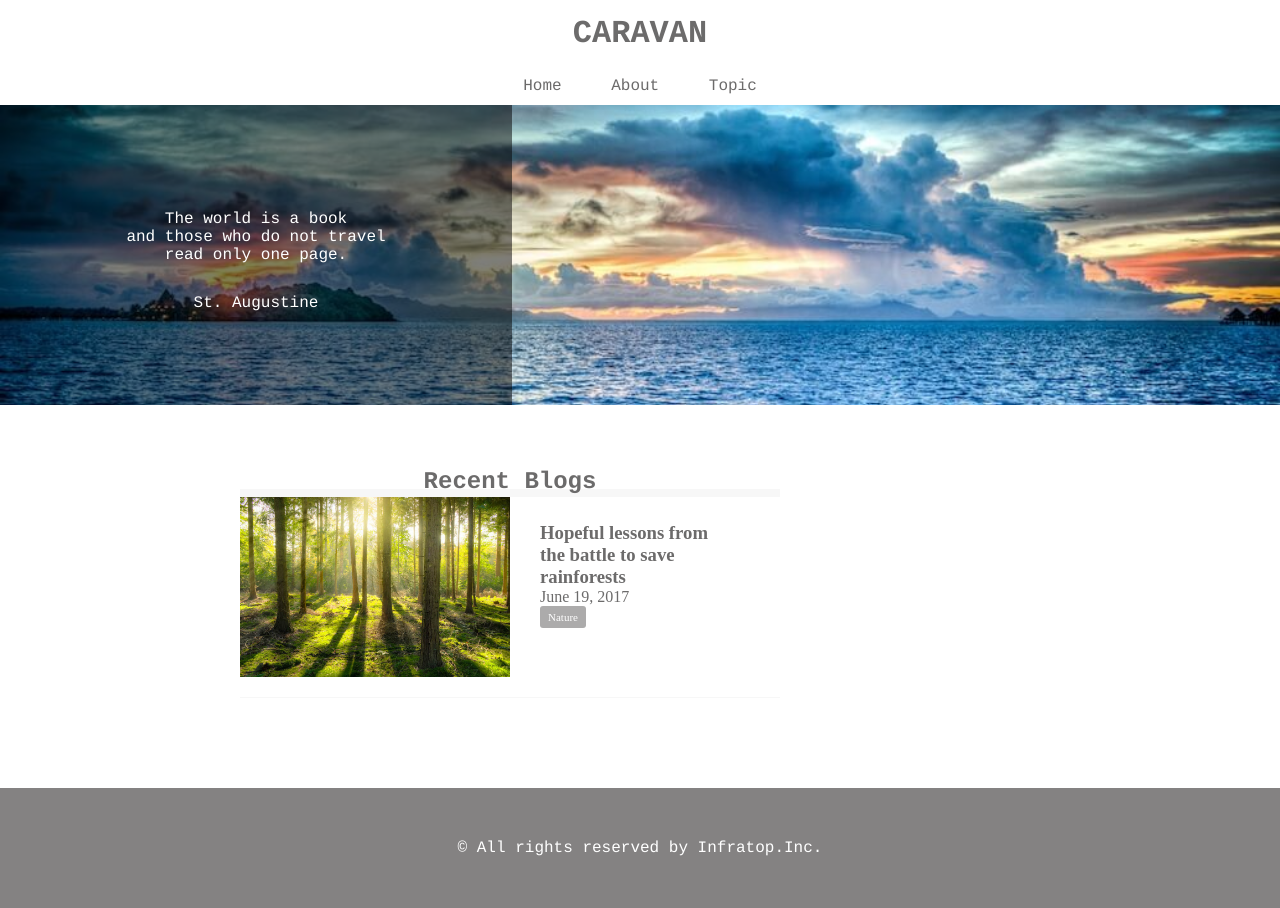
Repository: KoPiyt/Infratop-01
Page: caravan/index.html
The author's editor kept a record of every edit. The page is drawn from the files as they stood at one moment, then again after the next edit.
The browser window is 1280 px wide. The pictures show the whole page.

Above is the page before.

After the next edit:
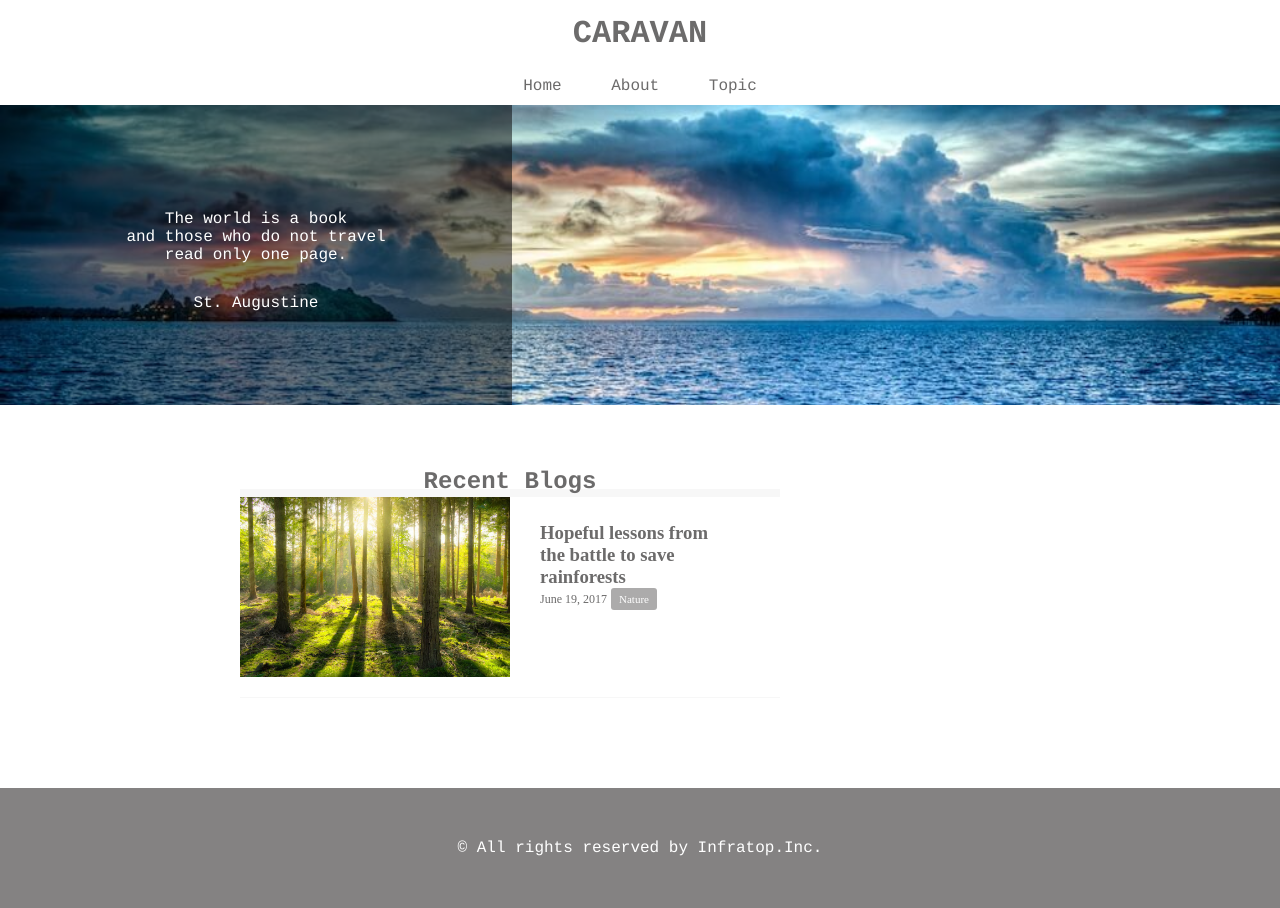
The edit:
--- a/caravan/index.html
+++ b/caravan/index.html
@@ -56,7 +56,7 @@
                 rainforests
               </a>
             </h3>
-            <p>June 19, 2017</p>
+            <p class="blog-date">June 19, 2017</p>
             <span class="category">Nature</span>
           </section>
         </div>
